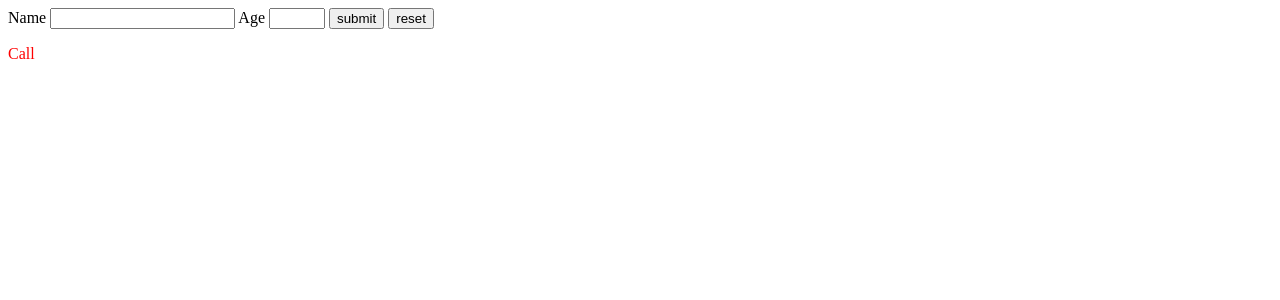
Repository: kaza1509/PRJ301
Page: SE1613/web/demo.html
An editor plug-in stored every save of this project. The page is shown before and after a run of saves, followed by the edit.
The browser window is 1280 px wide. The pictures show the whole page.

Above is the page before, as saved 2022-01-17 19:30:31.

### SE1613/web/demo.html
<!DOCTYPE html>

<html>
    <head>
        <title>TODO supply a title</title>
        <meta charset="UTF-8">
        <meta name="viewport" content="width=device-width, initial-scale=1.0">
    </head>
    <body>
        <form action="DemoServletURL" method="post">
            <span>Name</span> <input type="text" name="name">
            <span>Age</span> <input type="number" name="age" min="1" max="20">

            <input type="submit" value="submit">
            <input type="reset" value="reset">
        </form>

        <p>
            <a style='color:red; text-decoration:none;' href="DemoServletURL">Call</a>
        </p>
    </body>
</html>

After the next 3 saves:
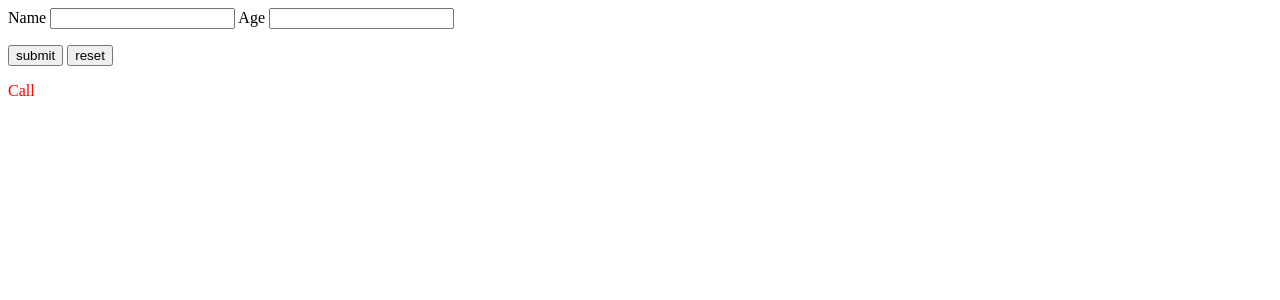
The 3 saves are shown as one change because they came seconds apart.
The last was saved 14 s later.
--- a/SE1613/web/demo.html
+++ b/SE1613/web/demo.html
@@ -9,8 +9,10 @@
     <body>
         <form action="DemoServletURL" method="post">
             <span>Name</span> <input type="text" name="name">
-            <span>Age</span> <input type="number" name="age" min="1" max="20">
+            <span>Age</span> <input type="number" name="age">
+            <p>
 
+            </p>
             <input type="submit" value="submit">
             <input type="reset" value="reset">
         </form>
